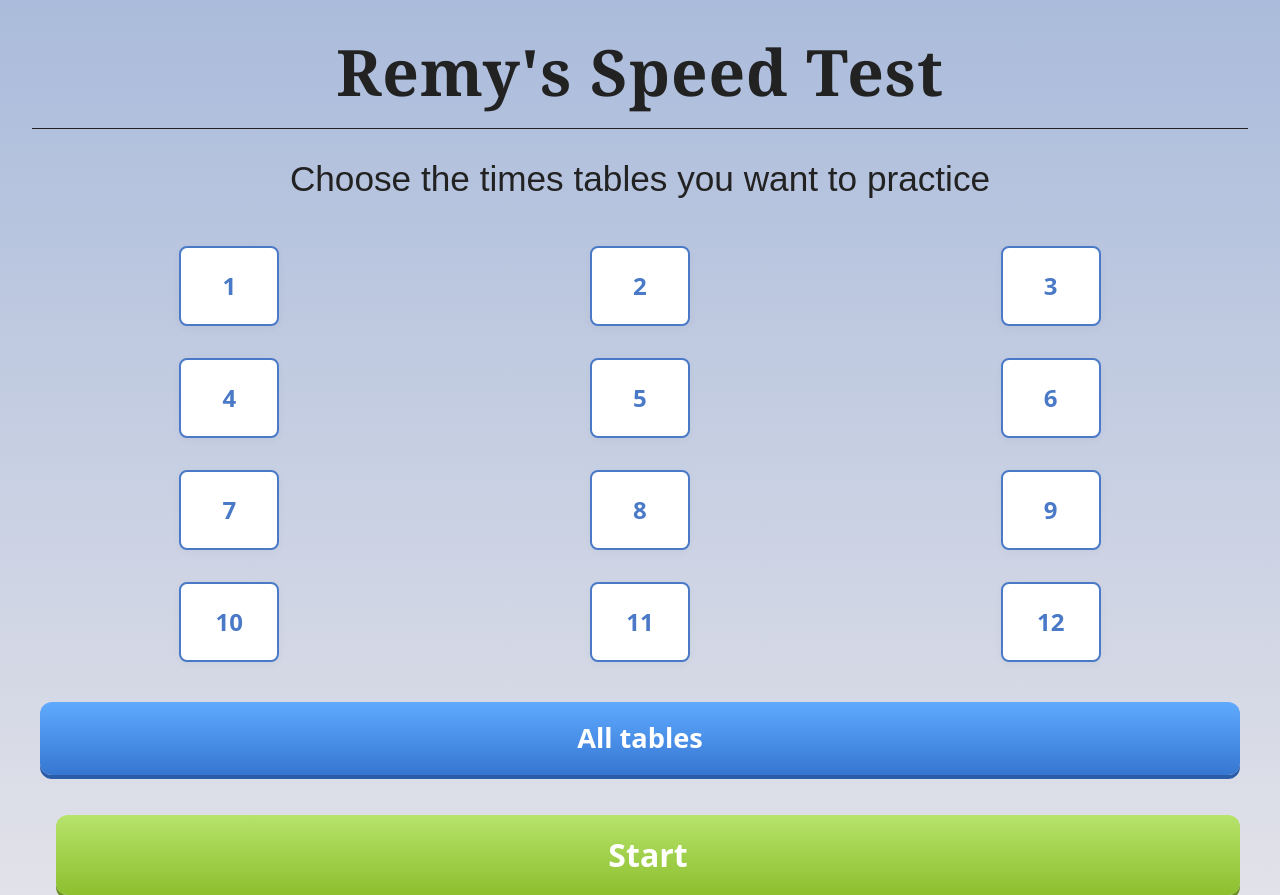
Repository: Chinurum-Omenuko/remys-speed-test
Page: / (app in app/)
These files come from the project's save history. The page is drawn as it stood at one moment and after the next save; the edit follows.
The browser window is 1280 px wide. The pictures show the whole page.
The project was rebuilt for these pictures with package versions that can differ from the ones it lists, and the page was loaded fresh each time. The framework's server and built-in components were replaced by stand-ins that run in the browser. Also part of the build but not shown: app/svelte.config.js, app/vite.config.ts.

Above is the page before, as saved 2025-11-17 10:13:07.

After the next save:
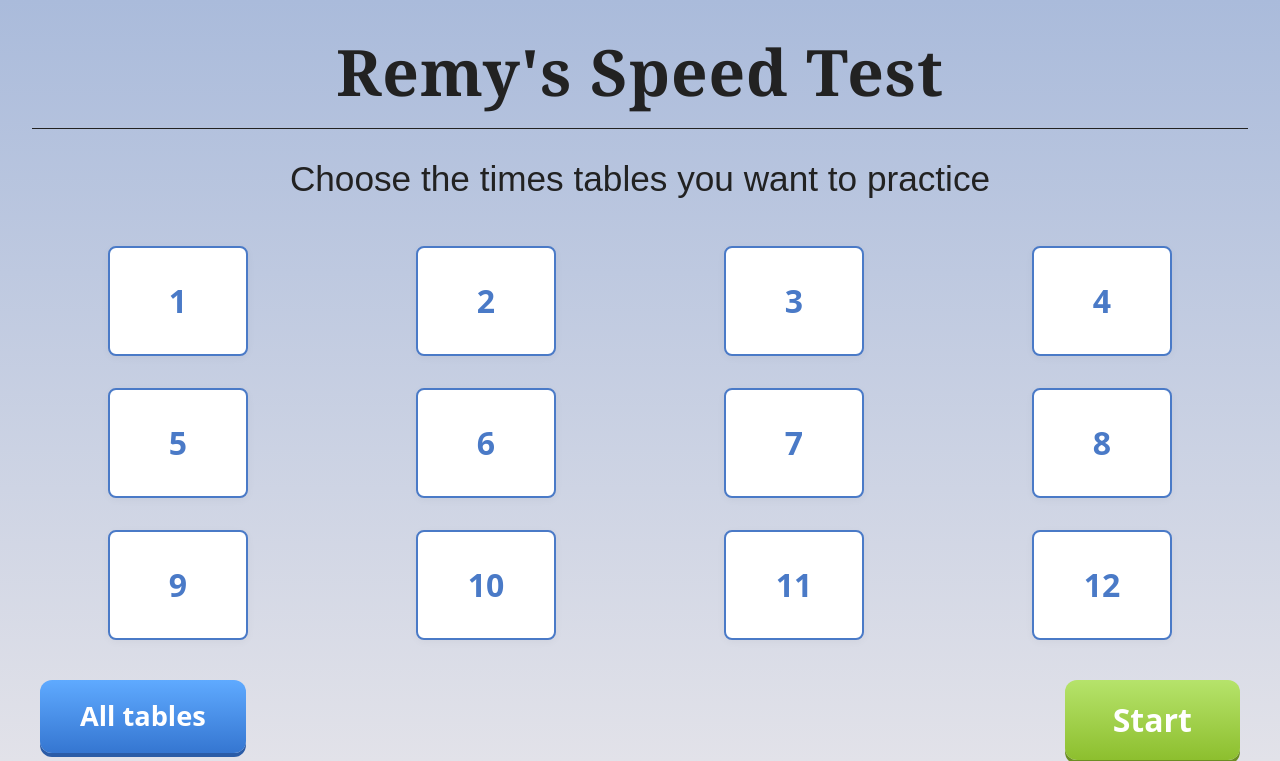
Saved 45 s later.
--- a/app/src/routes/+page.svelte
+++ b/app/src/routes/+page.svelte
@@ -195,16 +195,7 @@
 	}
 
 	/* 1024px: tablet landscape / small laptop */
-	@media (min-width: 1024px) {}
-
-	/* 1280px: laptop */
-	@media (min-width: 1280px) {}
-
-	/* 1536px: large desktop */
-	@media (min-width: 1536px) {}
-
-
-	@media (min-width: 800px) and (max-width: 1000px) {
+	@media (min-width: 1024px) {
 		.tables-grid {
 			grid-template-columns: repeat(4, 1fr);
 		}
@@ -219,4 +210,15 @@
 			gap: 1rem;
 		}
 	}
+
+	/* 1280px: laptop */
+	@media (min-width: 1280px) {}
+
+	/* 1536px: large desktop */
+	@media (min-width: 1536px) {}
+
+
+
+	@media (min-width: 800px) and (max-width: 1000px) {
+	}
 </style>
